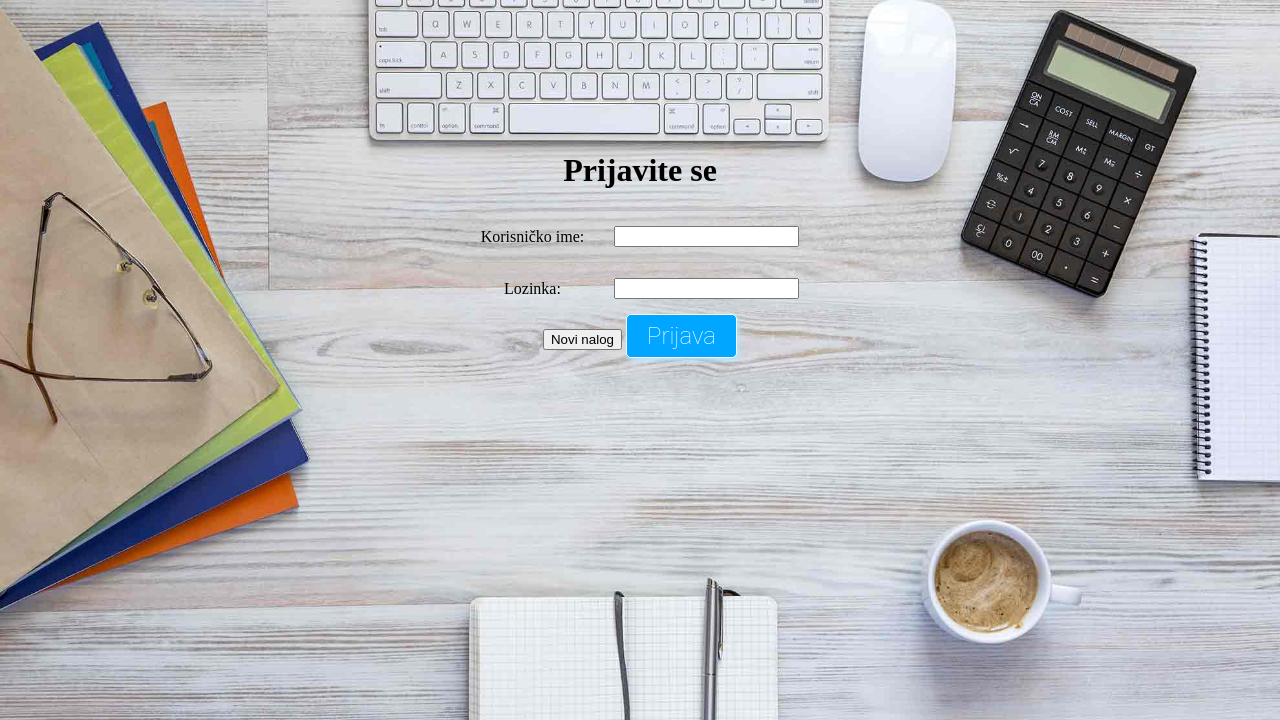
Repository: KristijanPetkovic/java-applet-video-library
Page: http://localhost/www.videoteka.com/
An editor plug-in stored every save of this project. The page is shown before and after the next save, followed by the edit.
The browser window is 1280 px wide. The pictures show the whole page.
The page is served by Tomcat 9.

Above is the page before, as saved 2019-01-09 21:16:22.

After the next save:
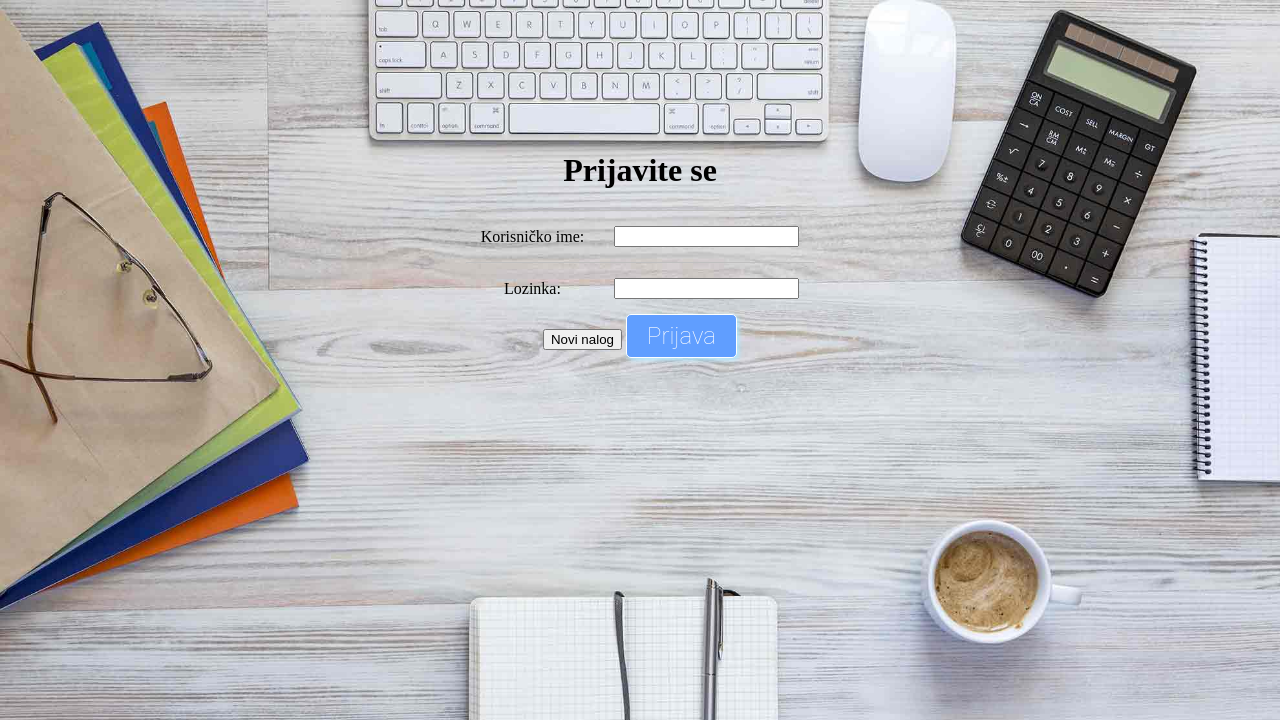
Saved 4 s later.
--- a/Projekti/www.videoteka.com/WebContent/logovanje.css
+++ b/Projekti/www.videoteka.com/WebContent/logovanje.css
@@ -53,7 +53,7 @@ input:focus{
   padding: 7px 20px;
   cursor: pointer;
   color: #fff;
-  background-color: #00A6FF;
+  background-color: rgb(96, 158, 255);
   font-size: 1.5rem;
   font-family: 'Roboto';
   font-weight: 100;
